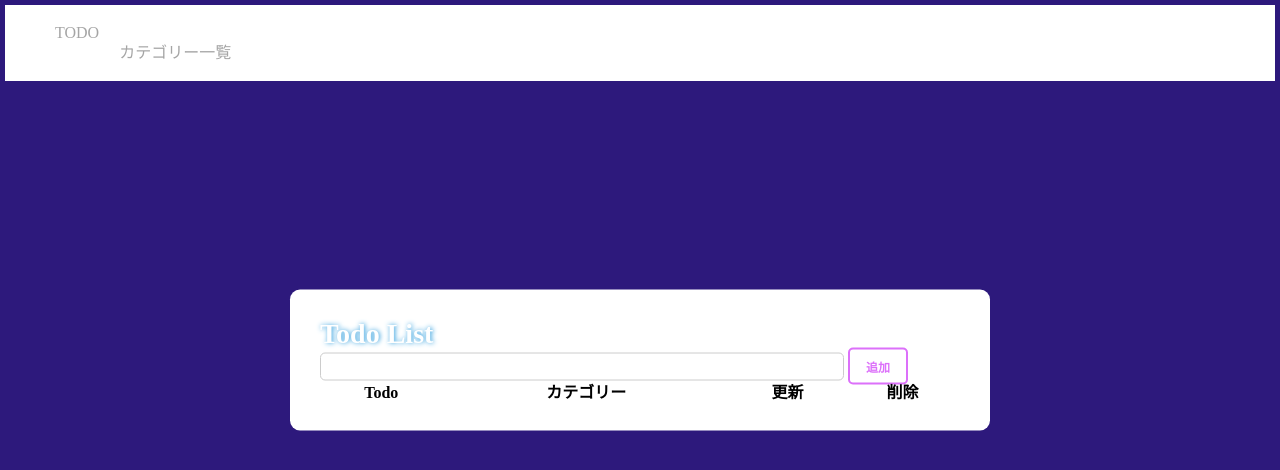
Repository: azuma2/cate
Page: http://localhost/
The author's editor kept a copy of each file at every save. The page is drawn from the files as they stood at one save, then again after the next save.
The browser window is 1280 px wide. The pictures show the whole page.
The page is served by the project's Laravel application, run on PHP 8.4 with Laravel 8. Queries for data that is not in the repository find no rows.

Above is the page before, as saved 2022-05-17 02:41:13.

After the next save:
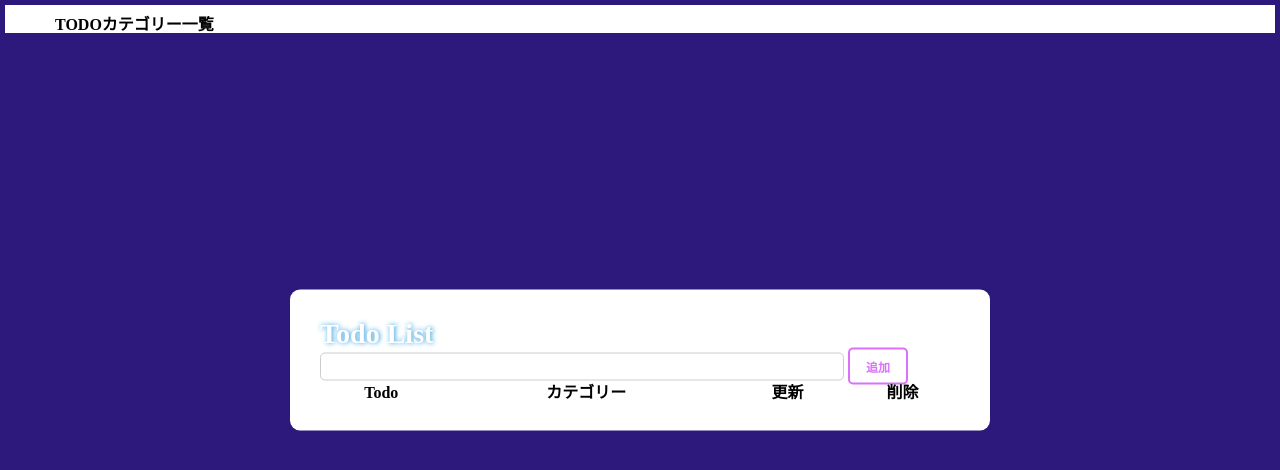
Saved 43 s later.
--- a/resources/views/index.blade.php
+++ b/resources/views/index.blade.php
@@ -23,15 +23,24 @@ header{
   top: 0;
   background: #fff;
 }
+.head {
+  justify-content: space-between;
+    display: flex;
+        font-weight: bolder;
+        position: sticky;
+    bottom: 0;
 
-.head {
-  color: #a5a5a5;
-  display: flex;
-  justify-content: space-between;
+
 }
-.head2 {
-  padding: 10px;
-  margin: 10px;
+
+
+
+
+ul{
+
+
+    list-style: none;
+  margin-top: -8px;
 }
 
 ul{
